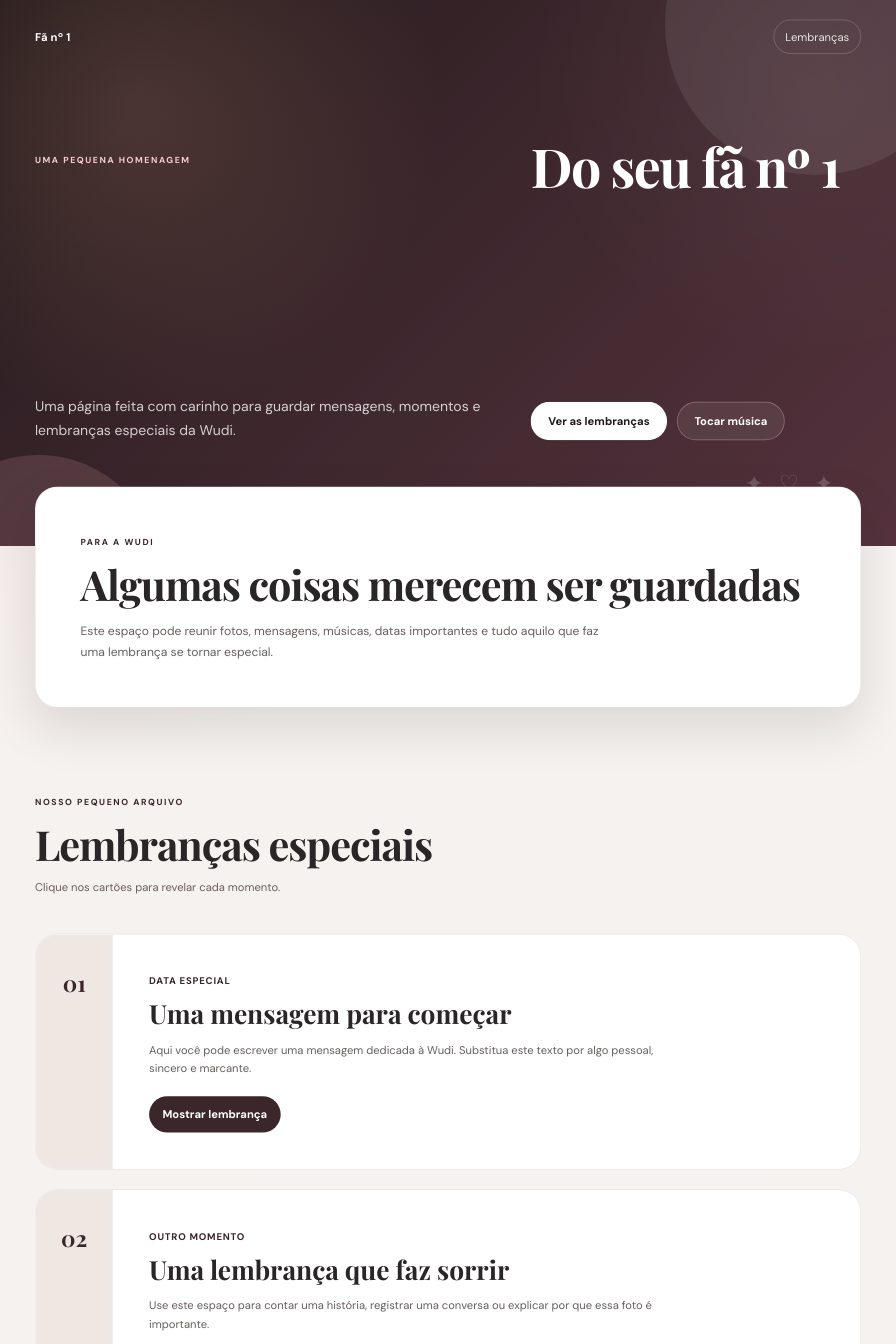
Repository: rrresck/do-seu-fa-numero-1
Page: index.html
An editor plug-in stored every save of this project. The page is shown before and after the next save, followed by the edit.
The browser window is 1280 px wide. The pictures show the part of the page from y = 0 to 1920 px (the page is 3175 px tall), at 70% of full size.

Above is the page before, as saved 2026-07-24 15:43:09.

After the next save:
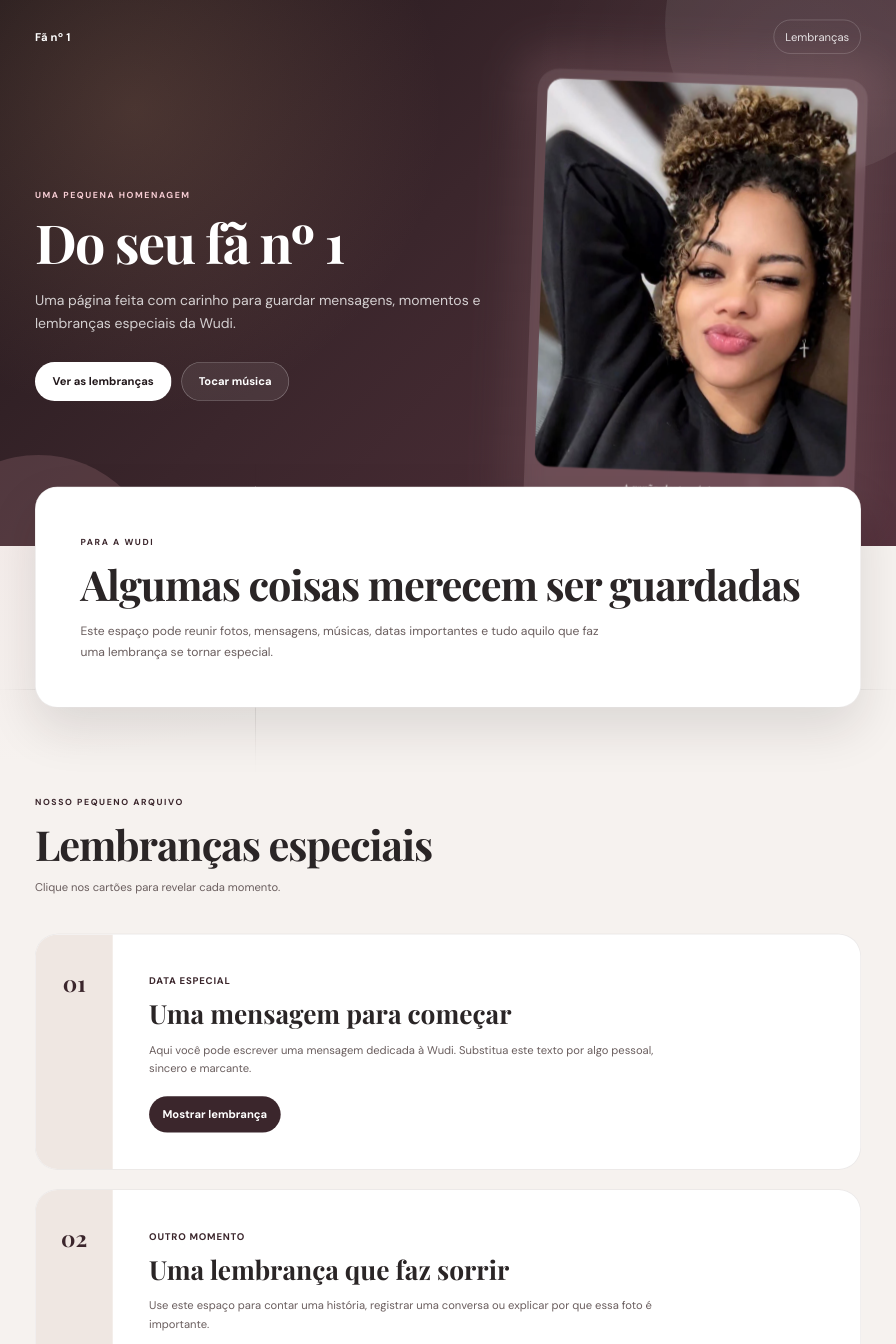
Saved 11 min 43 s later.
--- a/index.html
+++ b/index.html
@@ -37,30 +37,44 @@
             </a>
         </nav>
 
-        <div class="hero-content container" id="inicio">
-            <span class="eyebrow">Uma pequena homenagem</span>
-
-            <h1>Do seu fã nº 1</h1>
-
-            <p class="hero-description">
-                Uma página feita com carinho para guardar mensagens,
-                momentos e lembranças especiais da Wudi.
-            </p>
-
-            <div class="hero-actions">
-                <a href="#lembrancas" class="button button-primary">
-                    Ver as lembranças
-                </a>
-
-                <button
-                    type="button"
-                    class="button button-secondary"
-                    id="musicButton"
-                    aria-pressed="false"
+    <div class="hero-content container" id="inicio">
+        <div class="hero-copy">
+                <span class="eyebrow">Uma pequena homenagem</span>
+
+                <h1>Do seu fã nº 1</h1>
+
+                <p class="hero-description">
+                    Uma página feita com carinho para guardar mensagens,
+                    momentos e lembranças especiais da Wudi.
+                </p>
+
+        <div class="hero-actions">
+                    <a href="#lembrancas" class="button button-primary">
+                        Ver as lembranças
+                    </a>
+
+                    <button
+                        type="button"
+                        class="button button-secondary"
+                        id="musicButton"
+                        aria-pressed="false"
+                    >
+                        Tocar música
+                    </button>
+        </div>
+    </div>
+
+            <figure class="hero-photo">
+                <img
+                    src="img/wudi-destaque.jpg"
+                    alt="Retrato especial da Wudi"
                 >
-                    Tocar música
-                </button>
-            </div>
+
+                <figcaption>
+                    A razão desta página existir.
+                </figcaption>
+            </figure>
+        </div>
         </div>
 
         <div class="hero-decoration" aria-hidden="true">
